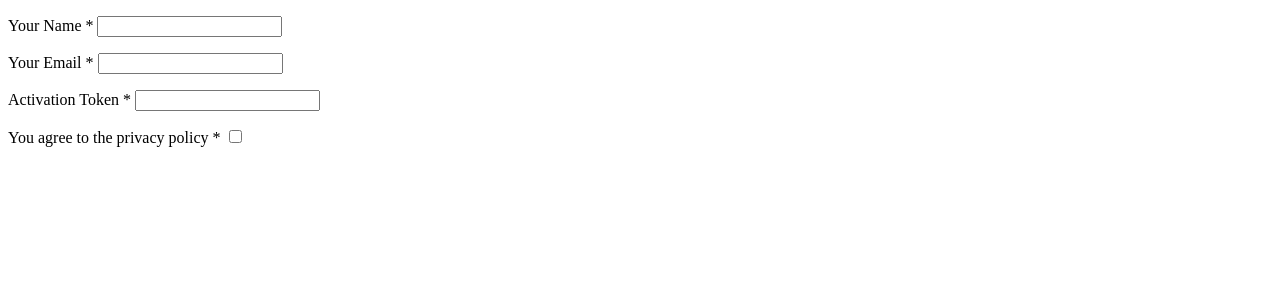
Repository: Rachael4life/Assignment-1
Page: starter-code/src/index.html
These files come from the project's save history. The page is drawn as it stood at one moment and after a run of saves; the edit follows.
The browser window is 1280 px wide. The pictures show the whole page.

Above is the page before, as saved 2022-02-25 12:44:37.

### starter-code/src/index.html
<!DOCTYPE html>
<html lang="en">
<head>
    <meta charset="UTF-8">
    <meta http-equiv="X-UA-Compatible" content="IE=edge">
    <meta name="viewport" content="width=device-width, initial-scale=1.0">
    <title>Assignment 1</title>
</head>
<body>
    <div id="ramyeon">
        <form class="kimchi">
            <div> <p></p>
                <label for="name">Your Name *</label>
                <input type="text" name="name" id="name" placeholder="">
            </div>
            <div> <p></p>
                <label for="email">Your Email *</label>
                <input type="text" name="email" id="email" placeholder="">
            </div>
            <div> <p></p>
                <label for="number">Activation Token *</label>
                <input type="number" name="activation token" id="name" placeholder="">
            </div>
            <div><p></p>
                You agree to the privacy policy * <input type="checkbox">
            </div>
        </form>
    </div>
</body>
</html>

After the next 2 saves:
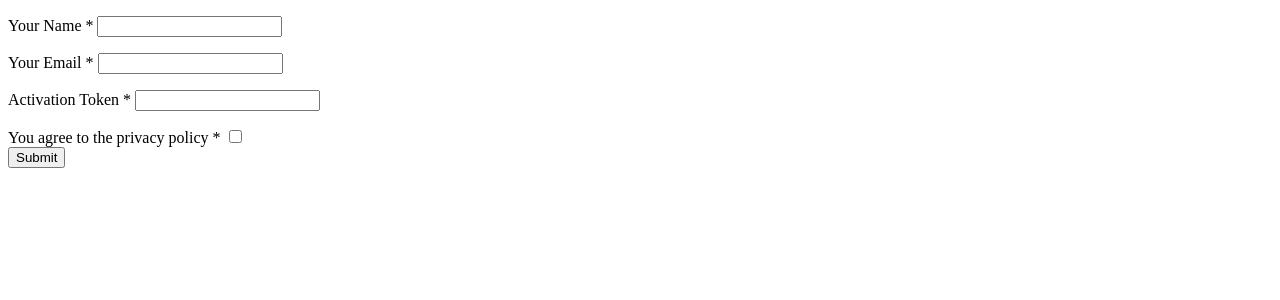
The 2 saves are shown as one change because they came seconds apart.
The last was saved 38 s later.
--- a/starter-code/src/index.html
+++ b/starter-code/src/index.html
@@ -24,6 +24,9 @@
             <div><p></p>
                 You agree to the privacy policy * <input type="checkbox">
             </div>
+            <div>
+                <button type="button">Submit</button>
+            </div>
         </form>
     </div>
 </body>
